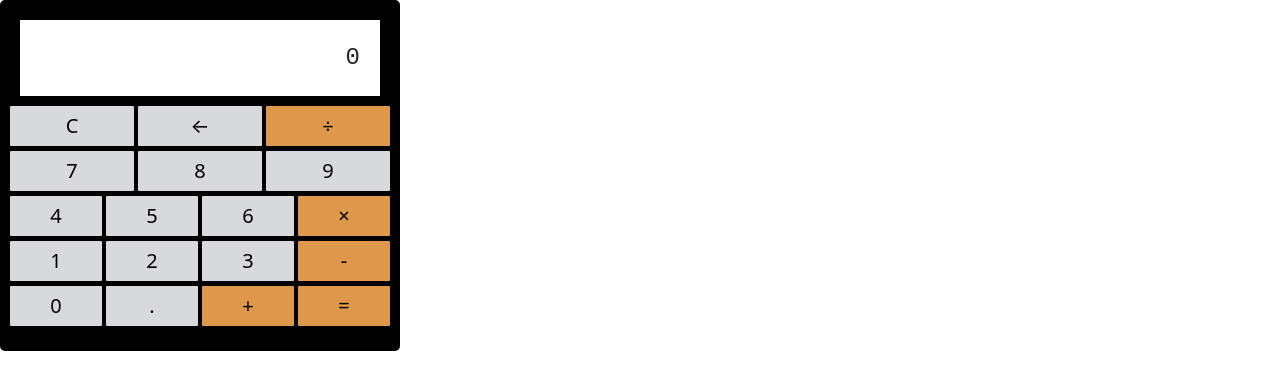
Repository: jgramirez0210/LAB-calculator
Page: index.html
These files come from the project's save history. The page is drawn as it stood at one moment and after a run of saves; the edit follows.
The browser window is 1280 px wide. The pictures show the whole page.

Above is the page before, as saved 2023-10-10 21:07:59.

### index.html
<!DOCTYPE html>
<html lang="en">
<head>
  <meta charset="UTF-8">
  <meta name="viewport" content="width=device-width, initial-scale=1.0">
  <title>Calculator</title>
  <link href="https://cdn.jsdelivr.net/npm/bootstrap@5.3.2/dist/css/bootstrap.min.css" rel="stylesheet" integrity="sha384-T3c6CoIi6uLrA9TneNEoa7RxnatzjcDSCmG1MXxSR1GAsXEV/Dwwykc2MPK8M2HN" crossorigin="anonymous">
  <link rel="stylesheet" href="main.css">
</head>
<body>
  <div class="calculator">
    <div class="display">0</div>
    <div class="row">
      <button id="clear-btn">C</button>
      <button id="back">&#8592;</button>
      <button class="function">&#247;</button>
    </div>
    <div class="row">
        <button>7</button>
        <button>8</button>
        <button>9</button>

    </div>
    <div class="row">
        <button>4</button>
        <button>5</button>
        <button>6</button>
        <button class="function">&#215;</button>
    </div>
    <div class="row">
        <button>1</button>
        <button>2</button>
        <button>3</button>
        <button class="function">-</button>
    </div>
    <div class="row">
        <button>0</button>
        <button>.</button>
        <button class="function">+</button>
        <button class="function">=</button>
    </div>
</div>

  <script src="https://cdn.jsdelivr.net/npm/bootstrap@5.3.2/dist/js/bootstrap.bundle.min.js" integrity="sha384-C6RzsynM9kWDrMNeT87bh95OGNyZPhcTNXj1NW7RuBCsyN/o0jlpcV8Qyq46cDfL" crossorigin="anonymous"></script>
  <script src="main.js"></script>
</body>
</html>

### main.css
* {
  box-sizing: border-box;
  margin: 0;
  padding: 0;
}

.calculator {
  width: 400px;
  background-color: #000000;
  padding: 20px;
  border-radius: 5px;
}

.display {
  font-family: monospace;
  background-color: #ffffff;
  padding: 20px;
  font-size: 24px;
  margin-bottom: 10px;
  text-align: right;
}

.row {
  display: flex;
  justify-content: space-between;
  margin-bottom: 5px;
}

button {
  flex: 1; /* Ensures equal distribution of space among buttons */
  margin: 0 2px; /* Added a slight margin for spacing */
  padding: 5px;
  font-size: 20px;
  background-color: #d8d9db;
  border: none;
  border-radius: 1px;
  transition: background-color 0.3s;
}

button:hover {
  background-color: #ebebeb;
}

button:active {
  background-color: #bbbcbe;
}

button.function {
  background-color: #df974c;
}

button.function:hover {
  background-color: #dfb07e;
}

button.function:active {
  background-color: #dd8d37;
}

### main.js
console.log("testeroo")

After the next 2 saves:
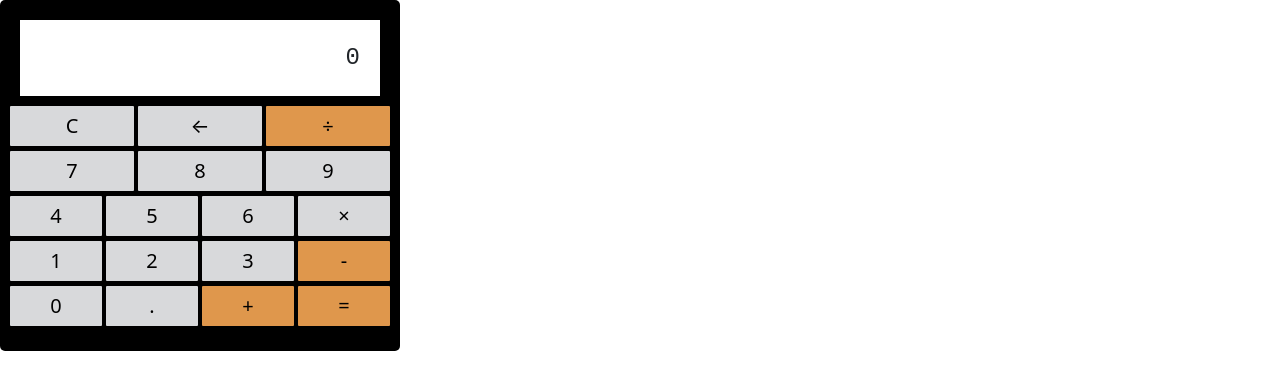
The 2 saves are shown as one change because they came seconds apart.
The last was saved 70 s later.
--- a/index.html
+++ b/index.html
@@ -25,7 +25,7 @@
         <button>4</button>
         <button>5</button>
         <button>6</button>
-        <button class="function">&#215;</button>
+        <button class="">&#215;</button>
     </div>
     <div class="row">
         <button>1</button>

After the 2 saves that followed:
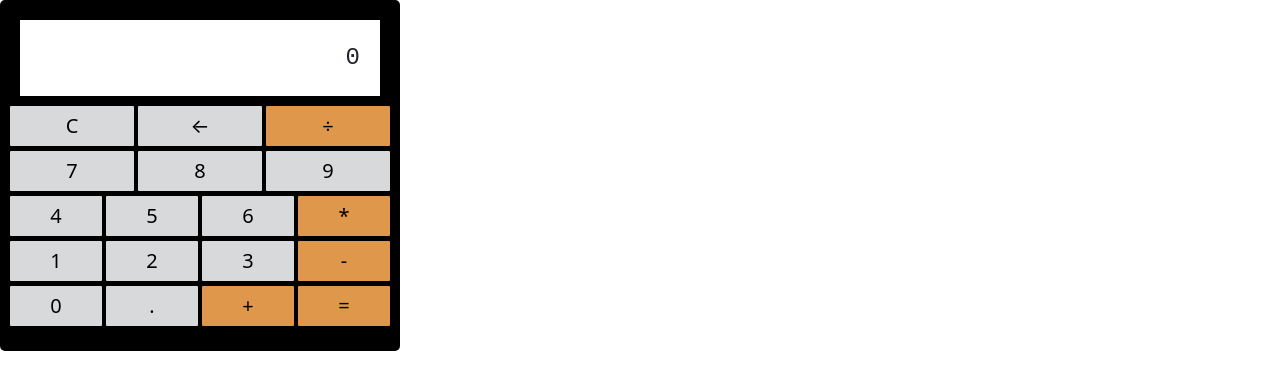
The 2 saves are shown as one change because they came seconds apart.
The last was saved 8 s later.
--- a/index.html
+++ b/index.html
@@ -25,7 +25,7 @@
         <button>4</button>
         <button>5</button>
         <button>6</button>
-        <button class="">&#215;</button>
+        <button class="function" id="">*</button>
     </div>
     <div class="row">
         <button>1</button>
